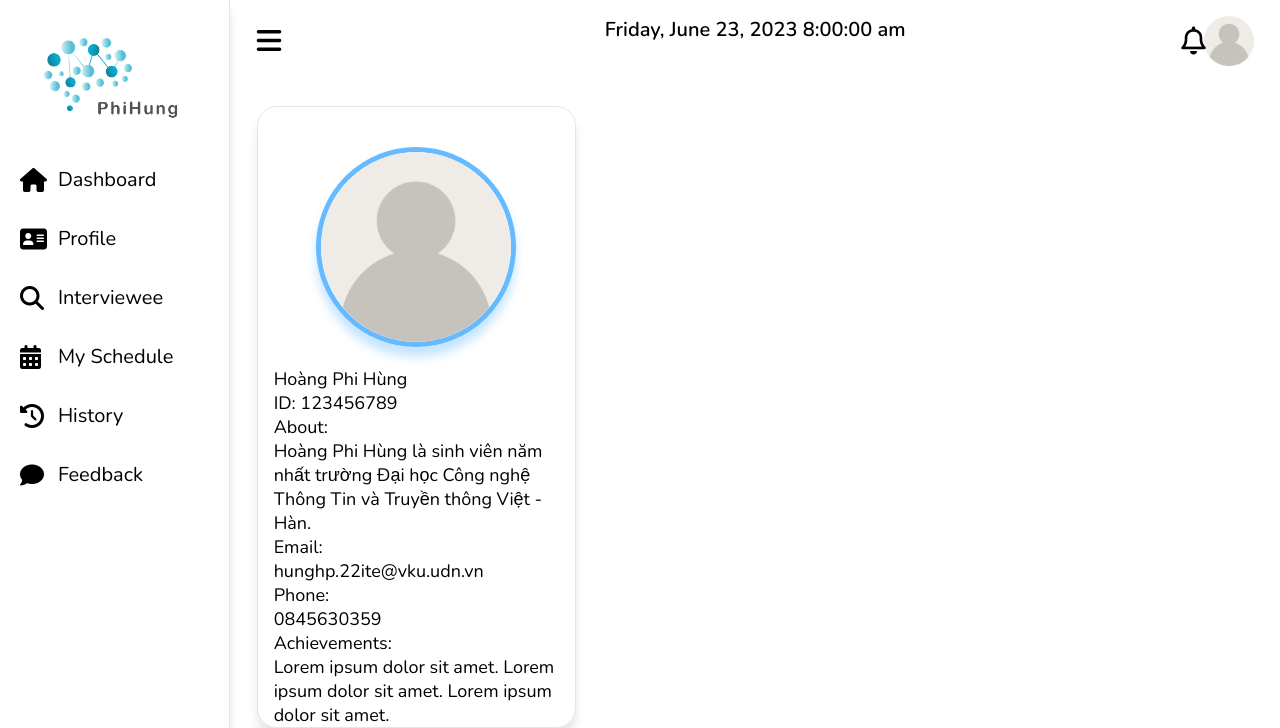
Repository: hphihungit/InterviewService
Page: interviewee.html
The author's editor kept a copy of each file at every save. The page is drawn from the files as they stood at one save, then again after the next save.
The browser window is 1280 px wide. The pictures show the whole page.

Above is the page before, as saved 2023-05-31 23:29:37.

### interviewee.html
<!DOCTYPE html>
<html lang="en">
<head>
    <meta charset="UTF-8">
    <meta http-equiv="X-UA-Compatible" content="IE=edge">
    <meta name="viewport" content="width=device-width, initial-scale=1.0">
    <title>Document</title>
    <link rel="stylesheet" href="assets/css/grid.css">
    <link rel="stylesheet" href="assets/css/base.css">
    <link rel="stylesheet" href="https://cdnjs.cloudflare.com/ajax/libs/font-awesome/6.4.0/css/all.min.css" integrity="sha512-iecdLmaskl7CVkqkXNQ/ZH/XLlvWZOJyj7Yy7tcenmpD1ypASozpmT/E0iPtmFIB46ZmdtAc9eNBvH0H/ZpiBw==" crossorigin="anonymous" referrerpolicy="no-referrer"/>
    <link rel="preconnect" href="https://fonts.googleapis.com">
    <link rel="preconnect" href="https://fonts.gstatic.com" crossorigin>
    <link href="https://fonts.googleapis.com/css2?family=Nunito:wght@200;300;400;500;600;700;800;900;1000&display=swap" rel="stylesheet">
    <link rel="stylesheet" href="assets/css/interviewee.css">
</head>
<body>
    <div id="main">
        <div class="dashboard">
            <div class="dashboard__logo"></div>
            <ul class="dashboard__list">
                <li class="dashboard__item">
                    <a href="" class="icon__link">
                        <i class="fa-solid fa-house"></i>
                    </a>
                    <a href="" class="link">Dashboard</a>
                </li>
                <li class="dashboard__item">
                    <a href="" class="icon__link">
                        <i class="fa-solid fa-address-card"></i>
                    </a>
                    <a href="" class="link">Profile</a>
                </li>
                <li class="dashboard__item">
                    <a href="" class="icon__link">
                        <i class="fa-solid fa-magnifying-glass"></i>
                    </a>
                    <a href="" class="link">Interviewee</a>
                </li>
                <li class="dashboard__item">
                    <a href="" class="icon__link">
                        <i class="fa-solid fa-calendar-days"></i>
                    </a>
                    <a href="" class="link">My Schedule</a>
                </li>
                <li class="dashboard__item">
                    <a href="" class="icon__link">
                        <i class="fa-solid fa-clock-rotate-left"></i>
                    </a>
                    <a href="" class="link">History</a>
                </li>
                <li class="dashboard__item">
                    <a href="" class="icon__link">
                        <i class="fa-solid fa-comment"></i>
                    </a>
                    <a href="" class="link">Feedback</a>
                </li>
            </ul>
        </div>

        <div class="container">
            <div class="header">
                <div class="header__icon">
                    <label class="fa-solid fa-bars header__label"></label>
                </div>

                <div class="header__time">
                    Friday, June 23, 2023 8:00:00 am
                </div>

                <div class="header__news">
                    <label class="fa-regular fa-bell header__label--bell"></label>
                    <div class="header__avatar">
                        <img src="assets/img/user.png" alt="">
                    </div>
                </div>
            </div>

            <div class="about">
                <div class="cv">
                    <div class="cv__avatar">
                        <img src="assets/img/user.png" alt="">
                    </div>

                    <div class="cv__name">
                        <p class="cv__name--interviewee">Hoàng Phi Hùng</p>
                        <p class="cv__id">ID: 123456789</p>
                    </div>

                    <div class="cv__about">
                        <p class="cv__about--title">About: </p>
                        <p class="cv__about--content">
                            Hoàng Phi Hùng là sinh viên năm nhất trường Đại học Công nghệ Thông Tin và Truyền thông Việt - Hàn.
                        </p>
                    </div>

                    <div class="cv__email">
                        <p class="cv__email--title">Email: </p>
                        <p class="cv__email--content">hunghp.22ite@vku.udn.vn</p>
                    </div>

                    <div class="cv__phone">
                        <p class="cv__phone--title">Phone: </p>
                        <p class="cv__phone--content">0845630359</p>
                    </div>

                    <div class="cv__info">
                        <p class="cv__info--title">Achievements: </p>
                        <p class="cv__info--content">
                            Lorem ipsum dolor sit amet.
                            Lorem ipsum dolor sit amet.
                            Lorem ipsum dolor sit amet.
                        </p>
                    </div>
                </div>

                <div class="info">

                </div>
            </div>
        </div>
    </div>
</body>
</html>

### assets/css/grid.css
.grid {
    width: 90%;
    display: block;
    padding: 0;
    margin: 0 auto;
}

.row {
    display: flex;
    flex-wrap: wrap;
    margin-left: -4px;
    margin-right: -4px;
}

.row.no-gutters {
    margin-left: 0;
    margin-right: 0;
}

.col {
    padding-left: 4px;
    padding-right: 4px;
}

.row.no-gutters .col {
    padding-left: 0;
    padding-right: 0;
}

.c-0 {
    display: none;
}

.c-1 {
    flex: 0 0 8.33333%;
    max-width: 8.33333%;
}

.c-2 {
    flex: 0 0 16.66667%;
    max-width: 16.66667%;
}

.c-3 {
    flex: 0 0 25%;
    max-width: 25%;
}

.c-4 {
    flex: 0 0 33.33333%;
    max-width: 33.33333%;
}

.c-5 {
    flex: 0 0 41.66667%;
    max-width: 41.66667%;
}

.c-6 {
    flex: 0 0 50%;
    max-width: 50%;
}

.c-7 {
    flex: 0 0 58.33333%;
    max-width: 58.33333%;
}

.c-8 {
    flex: 0 0 66.66667%;
    max-width: 66.66667%;
}

.c-9 {
    flex: 0 0 75%;
    max-width: 75%;
}

.c-10 {
    flex: 0 0 83.33333%;
    max-width: 83.33333%;
}

.c-11 {
    flex: 0 0 91.66667%;
    max-width: 91.66667%;
}

.c-12 {
    flex: 0 0 100%;
    max-width: 100%;
}

.c-o-1 {
    margin-left: 8.33333%;
}

.c-o-2 {
    margin-left: 16.66667%;
}

.c-o-3 {
    margin-left: 25%;
}

.c-o-4 {
    margin-left: 33.33333%;
}

.c-o-5 {
    margin-left: 41.66667%;
}

.c-o-6 {
    margin-left: 50%;
}

.c-o-7 {
    margin-left: 58.33333%;
}

.c-o-8 {
    margin-left: 66.66667%;
}

.c-o-9 {
    margin-left: 75%;
}

.c-o-10 {
    margin-left: 83.33333%;
}

.c-o-11 {
    margin-left: 91.66667%;
}

/* >= Tablet */
@media (min-width: 740px) {
    .row {
        margin-left: -8px;
        margin-right: -8px;
    }

    .col {
        padding-left: 8px;
        padding-right: 8px;
    }

    .m-0 {
        display: none;
    }

    .m-1,
    .m-2,
    .m-3,
    .m-4,
    .m-5,
    .m-6,
    .m-7,
    .m-8,
    .m-9,
    .m-10,
    .m-11,
    .m-12 {
        display: block;
    }

    .m-1 {
        flex: 0 0 8.33333%;
        max-width: 8.33333%;
    }

    .m-2 {
        flex: 0 0 16.66667%;
        max-width: 16.66667%;
    }

    .m-3 {
        flex: 0 0 25%;
        max-width: 25%;
    }

    .m-4 {
        flex: 0 0 33.33333%;
        max-width: 33.33333%;
    }

    .m-5 {
        flex: 0 0 41.66667%;
        max-width: 41.66667%;
    }

    .m-6 {
        flex: 0 0 50%;
        max-width: 50%;
    }

    .m-7 {
        flex: 0 0 58.33333%;
        max-width: 58.33333%;
    }

    .m-8 {
        flex: 0 0 66.66667%;
        max-width: 66.66667%;
    }

    .m-9 {
        flex: 0 0 75%;
        max-width: 75%;
    }

    .m-10 {
        flex: 0 0 83.33333%;
        max-width: 83.33333%;
    }

    .m-11 {
        flex: 0 0 91.66667%;
        max-width: 91.66667%;
    }

    .m-12 {
        flex: 0 0 100%;
        max-width: 100%;
    }

    .m-o-1 {
        margin-left: 8.33333%;
    }

    .m-o-2 {
        margin-left: 16.66667%;
    }

    .m-o-3 {
        margin-left: 25%;
    }

    .m-o-4 {
        margin-left: 33.33333%;
    }

    .m-o-5 {
        margin-left: 41.66667%;
    }

    .m-o-6 {
        margin-left: 50%;
    }

    .m-o-7 {
        margin-left: 58.33333%;
    }

    .m-o-8 {
        margin-left: 66.66667%;
    }

    .m-o-9 {
        margin-left: 75%;
    }

    .m-o-10 {
        margin-left: 83.33333%;
    }

    .m-o-11 {
        margin-left: 91.66667%;
    }
}

/* PC medium resolution > */
@media (min-width: 1113px) {
    .row {
        margin-left: -12px;
        margin-right: -12px;
    }

    .row.sm-gutter {
        margin-left: -5px;
        margin-right: -5px;
    }

    .col {
        padding-left: 12px;
        padding-right: 12px;
    }

    .row.sm-gutter .col {
        padding-left: 5px;
        padding-right: 5px;
    }

    .l-0 {
        display: none;
    }

    .l-1,
    .l-2,
    .l-2-4,
    .l-3,
    .l-4,
    .l-5,
    .l-6,
    .l-7,
    .l-8,
    .l-9,
    .l-10,
    .l-11,
    .l-12 {
        display: block;
    }

    .l-1 {
        flex: 0 0 8.33333%;
        max-width: 8.33333%;
    }

    .l-2 {
        flex: 0 0 16.66667%;
        max-width: 16.66667%;
    }

    .l-2-4 {
        flex: 0 0 20%;
        max-width: 20%;
    }

    .l-3 {
        flex: 0 0 25%;
        max-width: 25%;
    }

    .l-4 {
        flex: 0 0 33.33333%;
        max-width: 33.33333%;
    }

    .l-5 {
        flex: 0 0 41.66667%;
        max-width: 41.66667%;
    }

    .l-6 {
        flex: 0 0 50%;
        max-width: 50%;
    }

    .l-7 {
        flex: 0 0 58.33333%;
        max-width: 58.33333%;
    }

    .l-8 {
        flex: 0 0 66.66667%;
        max-width: 66.66667%;
    }

    .l-9 {
        flex: 0 0 75%;
        max-width: 75%;
    }

    .l-10 {
        flex: 0 0 83.33333%;
        max-width: 83.33333%;
    }

    .l-11 {
        flex: 0 0 91.66667%;
        max-width: 91.66667%;
    }

    .l-12 {
        flex: 0 0 100%;
        max-width: 100%;
    }

    .l-o-1 {
        margin-left: 8.33333%;
    }

    .l-o-2 {
        margin-left: 16.66667%;
    }

    .l-o-3 {
        margin-left: 25%;
    }

    .l-o-4 {
        margin-left: 33.33333%;
    }

    .l-o-5 {
        margin-left: 41.66667%;
    }

    .l-o-6 {
        margin-left: 50%;
    }

    .l-o-7 {
        margin-left: 58.33333%;
    }

    .l-o-8 {
        margin-left: 66.66667%;
    }

    .l-o-9 {
        margin-left: 75%;
    }

    .l-o-10 {
        margin-left: 83.33333%;
    }

    .l-o-11 {
        margin-left: 91.66667%;
    }
}

/* Tablet - PC low resolution */
@media (min-width: 740px) and (max-width: 1023px) {
    .wide {
        width: 644px;
    }
}

/* > PC low resolution */
@media (min-width: 1024px) and (max-width: 1239px) {
    .wide {
        width: 984px;
    }

    .wide .row {
        margin-left: -12px;
        margin-right: -12px;
    }

    .wide .row.sm-gutter {
        margin-left: -5px;
        margin-right: -5px;
    }

    .wide .col {
        padding-left: 12px;
        padding-right: 12px;
    }

    .wide .row.sm-gutter .col {
        padding-left: 5px;
        padding-right: 5px;
    }

    .wide .l-0 {
        display: none;
    }

    .wide .l-1,
    .wide .l-2,
    .wide .l-2-4,
    .wide .l-3,
    .wide .l-4,
    .wide .l-5,
    .wide .l-6,
    .wide .l-7,
    .wide .l-8,
    .wide .l-9,
    .wide .l-10,
    .wide .l-11,
    .wide .l-12 {
        display: block;
    }

    .wide .l-1 {
        flex: 0 0 8.33333%;
        max-width: 8.33333%;
    }

    .wide .l-2 {
        flex: 0 0 16.66667%;
        max-width: 16.66667%;
    }

    .wide .l-2-4 {
        flex: 0 0 20%;
        max-width: 20%;
    }

    .wide .l-3 {
        flex: 0 0 25%;
        max-width: 25%;
    }

    .wide .l-4 {
        flex: 0 0 33.33333%;
        max-width: 33.33333%;
    }

    .wide .l-5 {
        flex: 0 0 41.66667%;
        max-width: 41.66667%;
    }

    .wide .l-6 {
        flex: 0 0 50%;
        max-width: 50%;
    }

    .wide .l-7 {
        flex: 0 0 58.33333%;
        max-width: 58.33333%;
    }

    .wide .l-8 {
        flex: 0 0 66.66667%;
        max-width: 66.66667%;
    }

    .wide .l-9 {
        flex: 0 0 75%;
        max-width: 75%;
    }

    .wide .l-10 {
        flex: 0 0 83.33333%;
        max-width: 83.33333%;
    }

    .wide .l-11 {
        flex: 0 0 91.66667%;
        max-width: 91.66667%;
    }

    .wide .l-12 {
        flex: 0 0 100%;
        max-width: 100%;
    }

    .wide .l-o-1 {
        margin-left: 8.33333%;
    }

    .wide .l-o-2 {
        margin-left: 16.66667%;
    }

    .wide .l-o-3 {
        margin-left: 25%;
    }

    .wide .l-o-4 {
        margin-left: 33.33333%;
    }

    .wide .l-o-5 {
        margin-left: 41.66667%;
    }

    .wide .l-o-6 {
        margin-left: 50%;
    }

    .wide .l-o-7 {
        margin-left: 58.33333%;
    }

    .wide .l-o-8 {
        margin-left: 66.66667%;
    }

    .wide .l-o-9 {
        margin-left: 75%;
    }

    .wide .l-o-10 {
        margin-left: 83.33333%;
    }

    .wide .l-o-11 {
        margin-left: 91.66667%;
    }
}

### assets/css/base.css
:root {
    --white-color: #fff;
    --black-color: #000;
    --blue-color : #40a9ff;
    --text-color: #8f8f8f;
    --scale: 1px;
}

* {
    padding: 0;
    margin: 0;
    box-sizing: border-box;
    text-decoration: none;
    list-style-type: none;
}

html, body {
    font-size: 18px;
    font-family: 'Nunito', sans-serif;
    scroll-behavior: smooth;
}

### assets/css/interviewee.css
#main {
    width: 100%;
    display: flex;
}

.dashboard {
    width: 18%;
    min-height: 0;
    border-right: 1px solid rgba(0, 0, 0, 0.1);
    box-shadow: 0 10px 10px rgba(0, 0, 0, 0.1);
}

.dashboard__logo {
    width: 100%;
    height: 150px;
    background-image: url('../img/logo.png');
    background-repeat: no-repeat;
    background-size: 50%;
    background-size: 62%;
    background-position: 50% 85%;
}

.dashboard__list {
    width: 100%;
}

.dashboard__item {
    border-radius: 25px 0 0 25px;
    display: flex;
    width: 100%;
    padding: 0px 20px;
}

.dashboard__item:hover {
    background-color: var(--blue-color);
}

.dashboard__item:hover .link,
.dashboard__item:hover .icon__link {
    color: #fff;
}

.icon__link {
    display: flex;
    align-items: center;
    width: 20%;
    font-size: 24px;
    color: #000;
}

.link {
    display: inline-block;
    width: 80%;
    font-size: 20px;
    padding: 16px 0px;
    color: #000;
}

.container {
    width: 82%;
}

.header {
    width: 95%;
    margin: 0 auto;
    display: flex;
    justify-content: space-between;
    margin-top: 16px;
}

.header__icon {
    width: 32%;
    display: flex;
    justify-content: space-between;
    align-items: center;
}

.header__label {
    font-size: 28px;
}

.header__time {
    width: 32%;
    text-align: center;
    font-size: 20px;
    font-weight: 600;
}

.header__news {
    width: 32%;
    display: flex;
    justify-content: flex-end;
    align-items: center;
}

.header__label--bell {
    font-size: 28px;
    position: relative;
}

.header__avatar {
    width: 15%;
    display: flex;
    justify-content: flex-end;
    align-items: center;
}

.header__avatar img {
    width: 50px;
    height: 50px;
}

.about {
    display: flex;
    width: 95%;
    margin: 0 auto;
    margin-top: 40px;
}

.cv {
    width: 32%;
    border: 1px solid rgba(0, 0, 0, 0.1);
    border-radius: 20px;
    box-shadow: 0 10px 10px rgba(0, 0, 0, 0.1);
    padding: 0px 16px;
}

.cv__avatar {
    width: 100%;
    display: flex;
    justify-content: center;
    align-items: center;
    padding: 20px 0px;
    padding-top: 40px;
}

.cv__avatar img {
    width: 200px;
    height: 200px;
    border: 5px solid rgba(64, 169, 255, 0.8);
    border-radius: 50%;
    box-shadow: 0 10px 10px rgba(64, 169, 255, 0.3);;
}

.cv__name,
.cv__about,
.cv__email,
.cv__phone,
.cv__info {
    width: 100%;
}

After the next save:
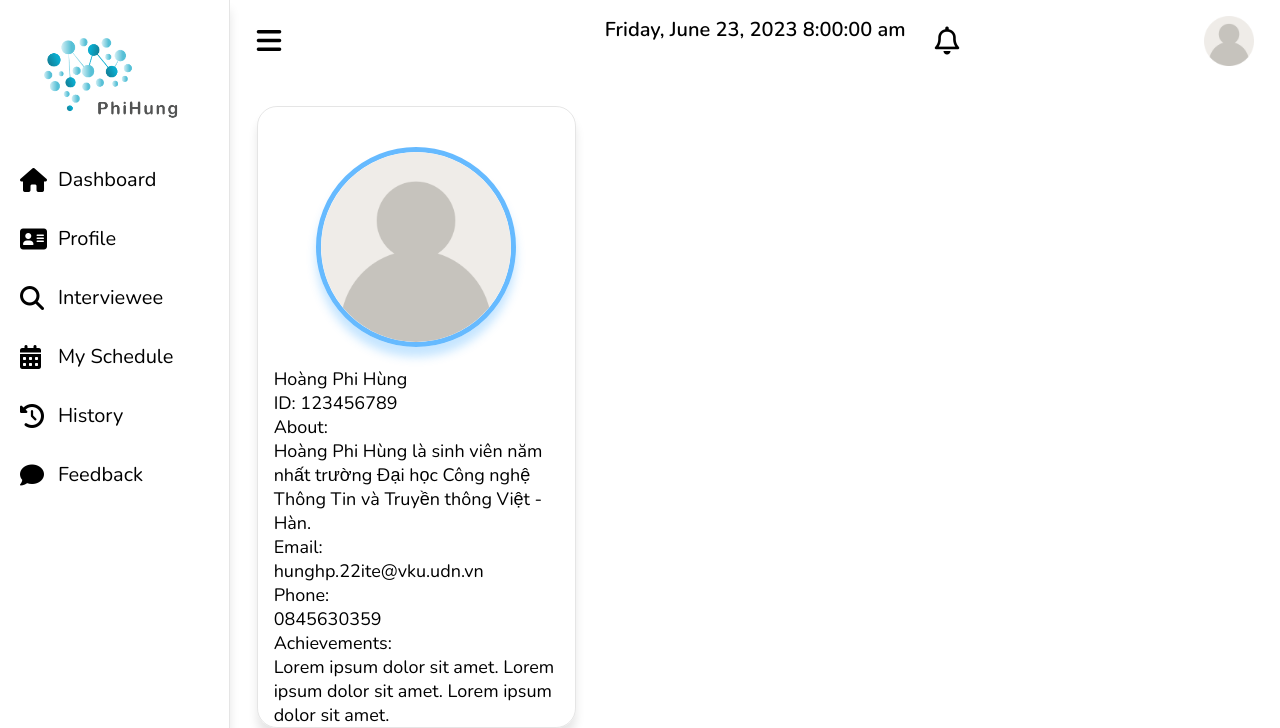
Saved 40 s later.
--- a/assets/css/interviewee.css
+++ b/assets/css/interviewee.css
@@ -94,6 +94,7 @@
 }
 
 .header__label--bell {
+    width: 85%;
     font-size: 28px;
     position: relative;
 }
